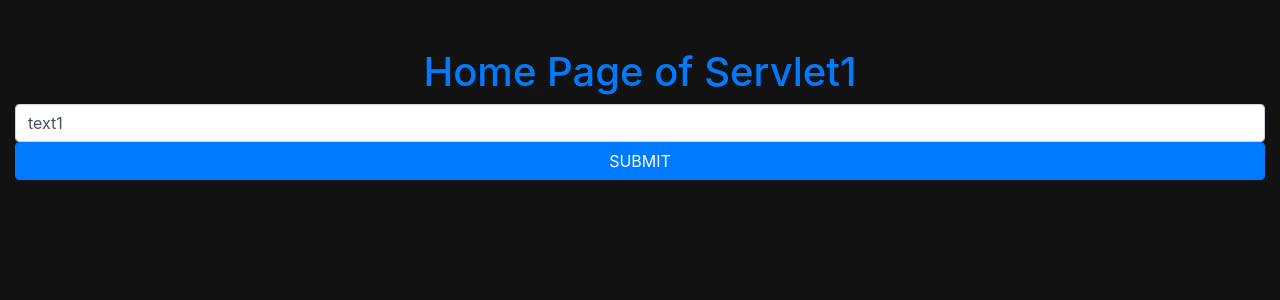
Repository: Gouravgilhare/Servlet
Page: http://localhost/SERVLET1/
These files come from the project's save history. The page is drawn as it stood at one moment and after the next save; the edit follows.
The browser window is 1280 px wide. The pictures show the whole page.
The page is served by Tomcat 10. Other server files are loaded and not shown.

Above is the page before, as saved 2025-07-16 11:54:28.

### SERVLET1/src/main/webapp/index.jsp
<%@ page language="java" contentType="text/html; charset=UTF-8"
    pageEncoding="UTF-8"%>
<!DOCTYPE html>
<html>
<head>
<meta charset="UTF-8">
<title>Home Page</title>
<link rel="stylesheet" href="https://maxcdn.bootstrapcdn.com/bootstrap/4.5.2/css/bootstrap.min.css"/>
<link rel="stylesheet" href="<%= application.getContextPath() %>/css/style.css"/>

</head>
<body>
<div class="container-fluid mt-5">
    <div class="row">
        <div class="col text-center">
            <h1 class="text-primary">Home Page of Servlet1</h1>

            <form action="<%= application.getContextPath() %>/third" method="POST">

            	<input type="text" class = "form-control" value="text1" placeholder ="Enter Text">
            	<input type="submit" class = "btn form-control btn-primary" value="SUBMIT" placeholder ="SUBMIT">
            </form>
        </div>
    </div>
</div>

</body>
</html>

### SERVLET1/src/main/webapp/css/style.css
@charset "UTF-8";

*{
	color : #ffffff;
	background-color: #121212;
}


.menu-container ul{
		list-style-type : none;
}
.menu-container ul a{
	display : block;
	margin: 5px 10px;
}

After the next save:
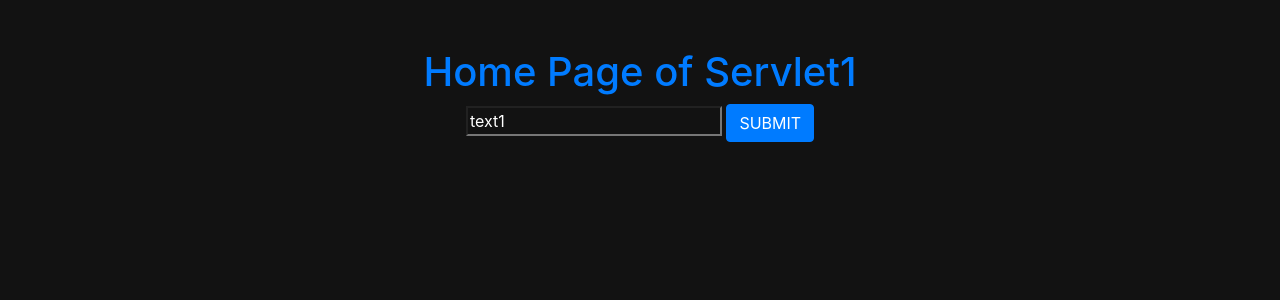
Saved 28 s later.
--- a/SERVLET1/src/main/webapp/index.jsp
+++ b/SERVLET1/src/main/webapp/index.jsp
@@ -17,8 +17,8 @@
 
             <form action="<%= application.getContextPath() %>/third" method="POST">
 
-            	<input type="text" class = "form-control" value="text1" placeholder ="Enter Text">
-            	<input type="submit" class = "btn form-control btn-primary" value="SUBMIT" placeholder ="SUBMIT">
+            	<input type="text" class = "" value="text1" placeholder ="Enter Text">
+            	<input type="submit" class = "btn  btn-primary" value="SUBMIT" placeholder ="SUBMIT">
             </form>
         </div>
     </div>
